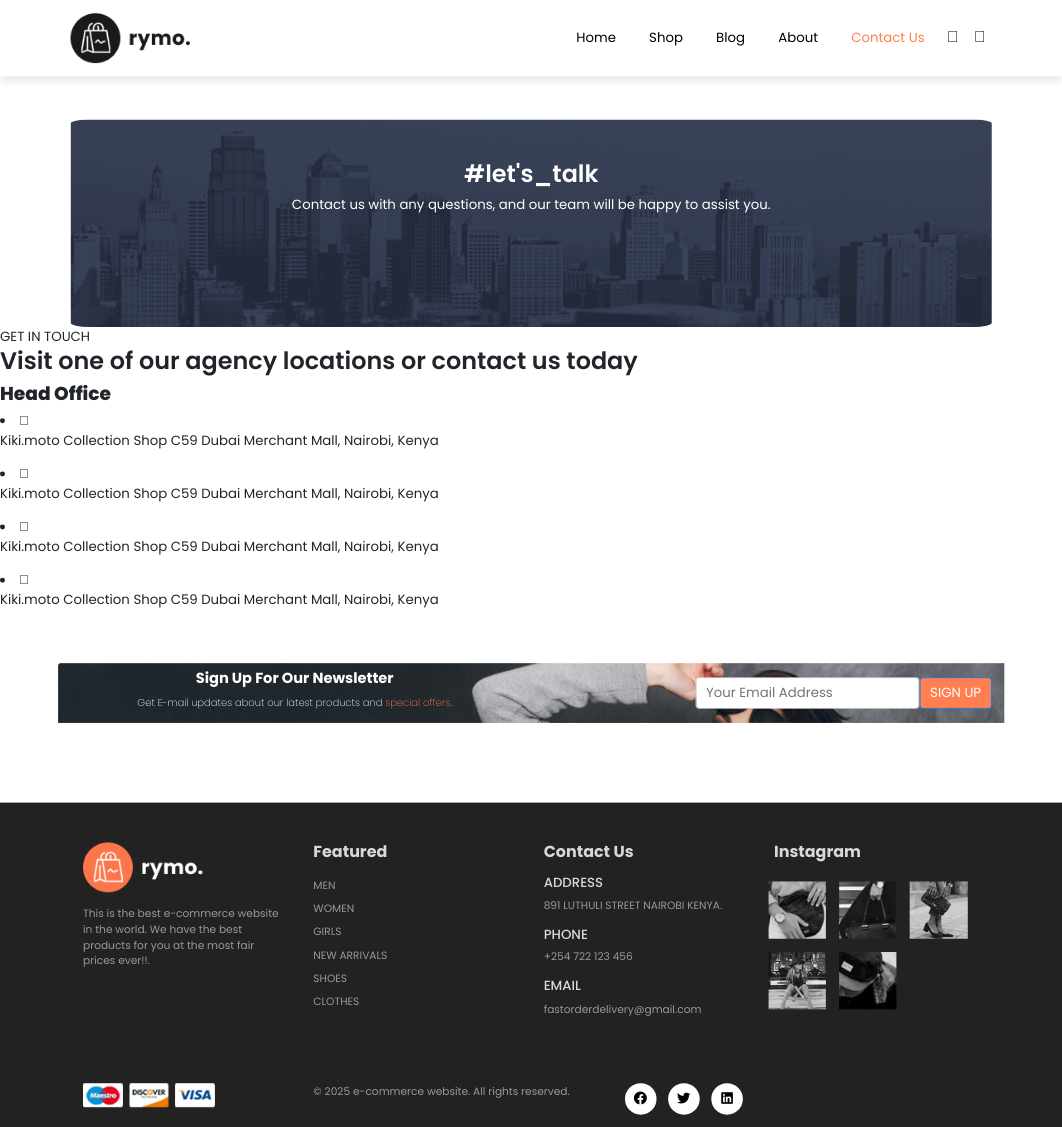
Repository: peter417waweru/e-commerce-UI
Page: contact.html
These files come from the project's save history. The page is drawn as it stood at one moment and after the next save; the edit follows.
The browser window is 1280 px wide. The pictures show the whole page, at 83% of full size.
Some web libraries are served in a nearby version.

Above is the page before, as saved 2025-02-09 22:31:38.
Console error: TypeError: Cannot set properties of undefined (setting 'onclick')

### contact.html
<!DOCTYPE html>
<html lang="en">
    <head>

        <meta charset="UTF-8">
        <meta http-equiv="X-UA-Compatible" content="IE=edge">
        <meta name="viewport" content="width=device-width, initial-scale=1.0">
        <title>Ecommerce Website1</title>

        <link rel="stylesheet" href="https://cdn.jsdelivr.net/npm/bootstrap@4.1.3/dist/css/bootstrap.min.css"
        integrity="sha384-MCw98/SFnGE8fJT3GXwEOngsV7Zt27NXFoaoApmYm81iuXoPkFOJwJ8ERdknLPMO" crossorigin="anonymous">

        <link rel="stylesheet" href="https://pro.fontawesome.com/releases/v5.10.0/css/all.css" />

        <link rel="stylesheet" href="./style.css">
        <link rel="stylesheet" href="./about.css">
    </head>

    <body>
        <nav class="navbar navbar-expand-lg navbar-light bg-white py-3 fixed-top">
            <div class="container">
              <img src="img/logo1.png" alt="">
              <button class="navbar-toggler" type="button" data-bs-toggle="collapse" data-bs-target="#navbarSupportedContent"
              aria-controls="navbarSupportedContent" aria-expanded="false" aria-label="Toggle navigation">
                <span><i id="bar" class="fas fa-bars"></i></span>
              </button>
              <div class="collapse navbar-collapse" id="navbarSupportedContent">
                <ul class="navbar-nav ml-auto">
                  <li class="nav-item">
                    <a class="nav-link " aria-current="page" href="#">Home</a>
                  </li>
                  <li class="nav-item">
                    <a class="nav-link" aria-current="page" href="shop.html">Shop</a>
                  </li>
                  <li class="nav-item">
                    <a class="nav-link" aria-current="page" href="#">Blog</a>
                  </li>
                  <li class="nav-item">
                    <a class="nav-link" aria-current="page" href="#">About</a>
                  </li>
                  <li class="nav-item">
                    <a class="nav-link active" aria-current="page" href="#">Contact Us</a>
                  </li>
                  <li class="nav-item">
                    <i class="fal fa-search"></i>
                    <i class="fal fa-shopping-bag"></i>
                  </li>


                </ul>

              </div>
            </div>
        </nav>

        <section id="page-header" class="container mt-5 pt-5">
           <div class="about-header">
            <h2 class="text-center mt-5 pt-5">#let's_talk</h2>
            <p class="text-center">Contact us with any questions, and our team will be happy to assist you.</p>
           </div>
        </section>

        <section class="contact-details">
            <div class="details">
                <span>GET IN TOUCH</span>
                <h2>Visit one of our agency locations or contact us today</h2>
                <h3>Head Office</h3>
                <div>
                    <li>
                        <i class="fal fa-map"></i>
                        <p>Kiki.moto Collection Shop C59
                            Dubai Merchant Mall, Nairobi, Kenya</p>
                    </li>
                    <li>
                        <i class="fal fa-envelope"></i>
                        <p>Kiki.moto Collection Shop C59
                            Dubai Merchant Mall, Nairobi, Kenya</p>
                    </li>
                    <li>
                        <i class="fal fa-phone-alt"></i>
                        <p>Kiki.moto Collection Shop C59
                            Dubai Merchant Mall, Nairobi, Kenya</p>
                    </li>
                    <li>
                        <i class="fal fa-clock"></i>
                        <p>Kiki.moto Collection Shop C59
                            Dubai Merchant Mall, Nairobi, Kenya</p>
                    </li>
                </div>
            </div>

        </section>

        <section id="newsletter" class="container py-5">
            <div class="row align-items-center text-center text-lg-start">
                <div class="col-lg-6 col-md-12">
                    <h4 class="mt-2">Sign Up For Our Newsletter</h4>
                    <p>Get E-mail updates about our latest products and <span>special offers</span>.</p>
                </div>
                <div class="col-lg-6 col-md-12">
                    <form class="d-flex justify-content-center justify-content-lg-end">
                        <input type="email" class="form-control w-50 me-2" placeholder="Your Email Address">
                        <button class="btn btn-primary">Sign Up</button>
                    </form>
                </div>
            </div>
        </section>

        <footer class="mt-5">
            <div class="row container mx-auto pt-5">
              <div class="footer-one col-lg-3 col-md-6 col-12">
                <img src="img/logo2.png" alt="">
                <p class="pt-3">This is the best e-commerce website in the world.
                   We have the best products for you at the most fair prices ever!!.</p>
              </div>
              <div class="footer-one col-lg-3 col-md-6 col-12">
                <h4 class="pb-2">Featured</h4>
                <ul class="text-uppercase list-unstyled">
                  <li><a href="#">men</a></li>
                  <li><a href="#">women</a></li>
                  <li><a href="#">girls</a></li>
                  <li><a href="#">new arrivals</a></li>
                  <li><a href="#">shoes</a></li>
                  <li><a href="#">clothes</a></li>
                </ul>
              </div>
              <div class="footer-one col-lg-3 col-md-6 col-12 mb-3">
                <h4 class="pb-2">Contact Us</h4>
                <div>
                  <h6 class="text-uppercase">Address</h6>
                <p>891 LUTHULI STREET NAIROBI KENYA.</p>
                </div>
                <div>
                  <h6 class="text-uppercase">Phone</h6>
                <p>+254 722 123 456</p>
                </div>
                <div>
                  <h6 class="text-uppercase">Email</h6>
                <p>fastorderdelivery@gmail.com</p>
                </div>
              </div>
              <div class="footer-one col-lg-3 col-md-6 col-12 mb-3">
                <h4 class="pb-2">Instagram</h4>
                <div class="row">
                  <img class="img-fluid w-25 h-100 m-2" src="img/insta/1.jpg" alt="">
                  <img class="img-fluid w-25 h-100 m-2" src="img/insta/2.jpg" alt="">
                  <img class="img-fluid w-25 h-100 m-2" src="img/insta/3.jpg" alt="">
                  <img class="img-fluid w-25 h-100 m-2" src="img/insta/4.jpg" alt="">
                  <img class="img-fluid w-25 h-100 m-2" src="img/insta/5.jpg" alt="">
                </div>
              </div>
            </div>
            <div class="copyright mt-5">
              <div class="row container mx-auto">
                <div class="col-lg-3 col-md-6 col-12 mb-4">
                  <img class="img-fluid" src="img/payment.png" alt="">
                </div>
                <div class="col-lg-4 col-md-6 col-12 text-nowrap mb-2">
                  <p>© 2025 e-commerce website. All rights reserved.</p>
                </div>
                <div class="col-lg-4 col-md-6 col-12">
                  <a href="#"><i class="fab fa-facebook"></i></a>
                  <a href="#"><i class="fab fa-twitter"></i></a>
                  <a href="#"><i class="fab fa-linkedin"></i></a>
                </div>
              </div>
            </div>
        </footer>
    </body>

    <script src="https://cdn.jsdelivr.net/npm/@popperjs/core@2.9.1/dist/umd/popper.min.js"
        integrity="sha384-SR1sx49pcuLnqZUnnPwx6FCym0wLsk5JZuNx2bPPENzswTNFaQU1RDvt3wT4gWFG"
        crossorigin="anonymous">
    </script>
    <script src="https://cdn.jsdelivr.net/npm/bootstrap@5.0.0-beta3/dist/js/bootstrap.min.js"
        integrity="sha384-j0CNLUeiqtyaRmlzUHCPZ+Gy5fQu0dQ6eZ/xAww941Ai1SxSY+0EQqNXNE6DZiVc"
        crossorigin="anonymous">
    </script>
    <script src="scripts.js"></script>
</html>

### style.css
@import url("https://fonts.googleapis.com/css2?family=Poppins:wght@100;200;300;400;500;600;700;800;900&display=swap");
* {
  margin: 0;
  padding: 0;
  box-sizing: border-box;
}

body {
  font-family: "Poppins", sans-serif;
}

h1 {
  font-size: 2.5rem;
  font-weight: 700;
}

h2 {
  font-size: 1.8rem;
  font-weight: 600;
}

h3 {
  font-size: 1.4rem;
  font-weight: 800;
}

h4 {
  font-size: 1.1rem;
  font-weight: 600;
}

h5 {
  font-size: 1rem;
  font-weight: 400;
  color: #1d1d1d;
}

h6 {
  color: #d8d8d8;
}

hr {
  width: 30px;
  height: 2px;
  background-color: #fb774b;
}

.star {
  padding: 10px 0;
}

.star i{
  font-size: 0.8rem;
  color: goldenrod;
}

button {
  font-size: 0.8rem;
  font-weight: 700;
  outline: none;
  border: none;
  background-color: #1d1d1d;
  color: aliceblue;
  padding: 13px 30px;
  cursor: pointer;
  text-transform: uppercase;
  transition: 0.3s ease;
}

button:hover {
  background-color: #3a3833;
}

hr {
  width: 30px;
  height: 2px;

}

.navbar {
  font-size: 16px;
  background-color: #d8d8d8;
  top: 0;
  left: 0;
  box-shadow: 0 5px 10px rgba(0, 0, 0, 0.1);
}

.navbar-light .navbar-nav .nav-link{
  padding: 0 20px;
  color: black;
  transition: 0.3s ease;
}

.navbar-light .navbar-nav .nav-link:hover,
.navbar i:hover,
.navbar-light .navbar-nav .nav-link.active,
.navbar i.active
{
  color: coral;
}



.navbar i{
  font-size: 1.2rem;
  padding: 0 7px;
  cursor: pointer;
  transition: 0.3s ease;
}

/* Mobile Nav*/


.navbar-light .navbar-toggler{
  border: none;
  outline: none;
}

#bar {
  font-size: 1.5rem;
  padding: 7px;
  cursor: pointer;
  font-weight: 500;
  color: black;
  transition: 0.3s ease;
}

#bar:hover,
#bar.active{
  color: #fff;
}

@media only screen and (max-width: 990px) {

  body > nav > div > button:hover ,
  body > nav > div > button:focus {
    background-color: #fb774b;
  }

  body > nav > div > button:hover #bar,
  body > nav > div > button:focus #bar {
    background-color: #fb774b;
  }

  #navbarSupportedContent > ul {
    margin: 1rem;
    justify-content: flex-end;
    align-items: flex-end;
    text-align: right;
  }

  #navbarSupportedContent > ul > li:nth-child(n) > a {
    padding: 10px 0;
  }
}


#home {
  background-image: url("img/back.jpg");
  width: 100%;
  height: 100vh;
  background-size: cover;
  background-position: top 70px center;
  display: flex;
  flex-direction: column;
  align-items: flex-start;
  justify-content: center;

}

#home span{
  color: coral;
}

#new .one img{
  width: 100%;
  height: 100%;
  background-position: center center;
  background-repeat: no-repeat;
  background-size: cover;
  position: relative;
}


#new .row .one .details{
  position: absolute;
  width: 100%;
  height: 100%;
  top: 0;
  left: 0;
  transition: 0.3s ease;
}

#new .row .one:hover .details{
  cursor: pointer;
  background-color: rgba(255, 178, 178, 0.8);
}

#new .row .one .details button{
 display: inline-block;
 font-size: 14px;
 font-weight: 500;
 color: #2a2a2a;
 background: none;
 text-transform: uppercase;
 border-bottom: 1px solid #2a2a2a;
 padding: 1.5px;
 transform: translateY(70px);
 transition: 0.3s ease;
}

#new .row .one .details button:hover{
  cursor: pointer;
  color: #fff;
  border-bottom: 1px solid #fff;
}

#new .row .one:nth-child(1) .details{
  display: flex;
  justify-content: center;
  flex-direction: column;
  align-items: flex-start;
  text-align: start;
}

#new .row .one:nth-child(2) .details{
  display: flex;
  justify-content: center;
  flex-direction: column;
  align-items: center;
  text-align: center;
}

#new .row .one:nth-child(3) .details{
  display: flex;
  justify-content: center;
  flex-direction: column;
  align-items: flex-end;
  text-align: end;
}

/*Products*/

.product {
  cursor: pointer;
  margin-bottom: 2rem;
}

.product img{
  transition: 0.3s all;

}

.product img:hover{
  opacity: 0.7;
}

.product .buy-btn{
  background: #fb774b;
  transform: translateY(20px);
  opacity: 0;
  transition: 0.3s all;
}
.product:hover .buy-btn{
  transform: translateY(0px);
  opacity: 1;
}

#banner {
  background-image: url("img/banner/2.jpg");
  width: 100%;
  height: 60vh;
  background-size: cover;
  background-position: top 70px center;
  background-repeat: no-repeat;
  background-attachment: fixed;
  display: flex;
  flex-direction: column;
  align-items: flex-start;
  justify-content: center;
}

#banner h4{
  color: #D8D8D8;
}

#banner h1{
  color: #D8D8D8;
}

#banner button{
  background-color: #fb774b;
}

footer{
  background-color: #222222;
}

footer h4 {
  color: #D8D8D8;
  font-size: 1.2rem;
  font-weight: 700;
}

footer li {
  padding-bottom: 4px;
}

footer li a {
  font-size: 0.8rem;
  color: #999;
}

footer li a:hover {
  color: #D8D8D8;
}

footer p{
  color: #999;
  font-size: 0.8rem;
}

footer .copyright a{
  color: #000;
  width: 38px;
  height: 38px;
  background-color: #fff;
  display: inline-block;
  text-align: center;
  line-height: 38px;
  border-radius: 50%;
  transition: 0.3s ease;
  margin: 0 5px;

}

footer .copyright a:hover{
  color: #fff;
  background-color: #fb774b;
}

### about.css
#page-header .about-header{
    background-image: url("img/about/banner.png");
    background-position: center;
    background-size: cover;
    width: 100%;
    height: 250px;
    border-radius: 2%;
}

#page-header .about-header h2,
#page-header .about-header p{
    color: #fff;
}

#about-app .video{
    width: 70%;
    height: 100%;
    margin: 30px auto 0 auto;
}

#about-app .video video{
    width: 100%;
    height: 100%;
    border-radius: 20px;
}

#newsletter .row{
    background-image: url("img/banner/1.jpg");
}

#newsletter .row h4{
    color: #fff;
    font-weight: bold;
}

#newsletter .row p{
    color: #fff;
    font-weight: 200;
    font-size: 12px;
}

#newsletter .row p span{
    color: coral;
    font-weight: 250;
}

#newsletter .row p span:hover{
    cursor: pointer;
    color: #8d8d8d;
}

#newsletter .row button{
    background-color: coral;
}

#newsletter .row button:hover{
    background-color: #8d8d8d;

}

@media (max-width: 477px){
    #newsletter .row{
        margin: 0 auto 0 auto;
        padding-bottom: 20px;
    }
}

### scripts.js
var MainImg = document.getElementById('MainImg');
var SmallImg = document.getElementsByClassName('small-img');

SmallImg[0].onclick = function(){
    MainImg.src = SmallImg[0].src;
}
SmallImg[1].onclick = function(){
    MainImg.src = SmallImg[1].src;
}
SmallImg[2].onclick = function(){
    MainImg.src = SmallImg[2].src;
}
SmallImg[3].onclick = function(){
    MainImg.src = SmallImg[3].src;
}

After the next save:
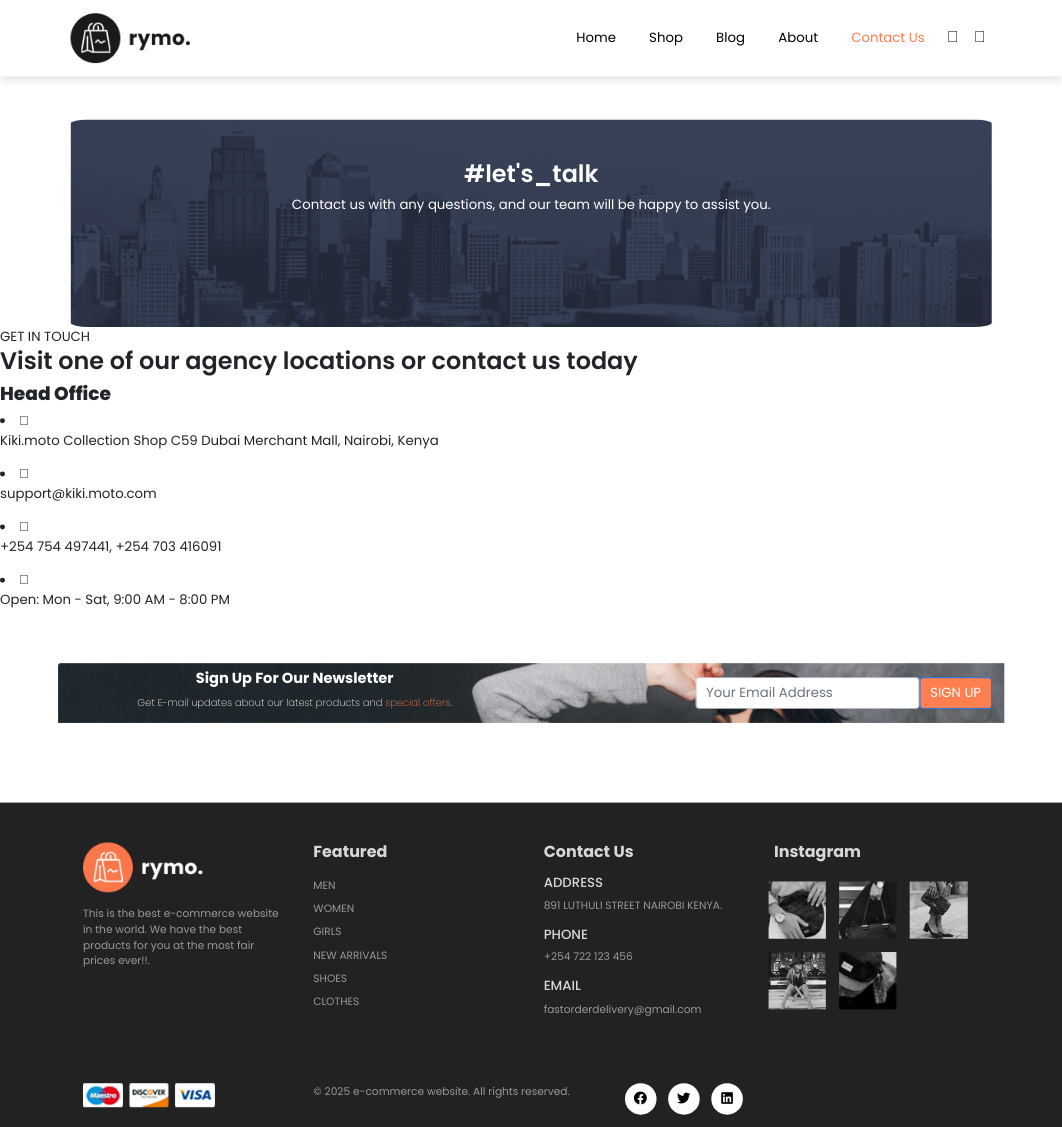
Saved 115 s later.
--- a/contact.html
+++ b/contact.html
@@ -73,18 +73,15 @@
                     </li>
                     <li>
                         <i class="fal fa-envelope"></i>
-                        <p>Kiki.moto Collection Shop C59
-                            Dubai Merchant Mall, Nairobi, Kenya</p>
+                        <p>support@kiki.moto.com</p>
                     </li>
                     <li>
                         <i class="fal fa-phone-alt"></i>
-                        <p>Kiki.moto Collection Shop C59
-                            Dubai Merchant Mall, Nairobi, Kenya</p>
+                        <p>+254 754 497441,  +254 703 416091</p>
                     </li>
                     <li>
                         <i class="fal fa-clock"></i>
-                        <p>Kiki.moto Collection Shop C59
-                            Dubai Merchant Mall, Nairobi, Kenya</p>
+                        <p>Open: Mon - Sat, 9:00 AM - 8:00 PM</p>
                     </li>
                 </div>
             </div>
